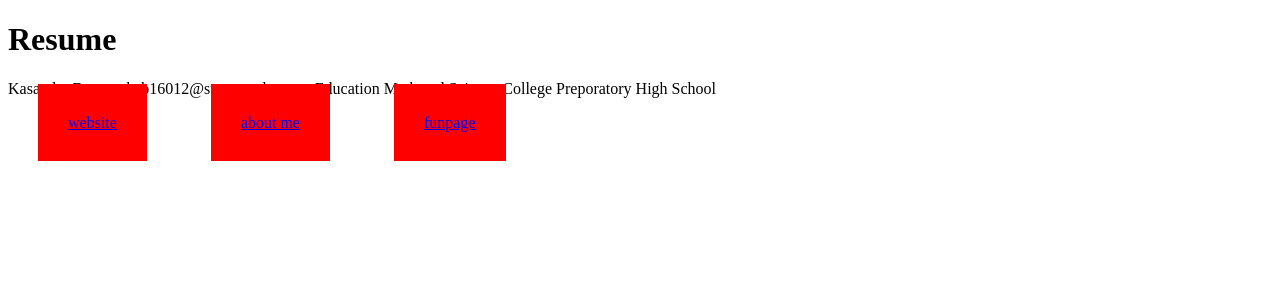
Repository: khipres1/khipres1.github.io
Page: resume.html
The author's editor kept a record of every edit. The page is drawn from the files as they stood at one moment, then again after the next edit.
The browser window is 1280 px wide. The pictures show the whole page.

Above is the page before.

### resume.html
<!DOCTYPE html>
<html>
<head>
  <title>Resume</title>
  <meta charset="utf-8"/>
  <link rel="stylesheet" type="text/css" href="style.css">
</head>
   <h1>Resume</h1>








    <p>Kasandra Becerra
    kcb16012@stem-student.org
    Education
    Math and Science College Preporatory High School</p>






   <a href="website.html"> website</a>
   <a href="aboutme">about me</a>
   <a href="funpage.html">funpage</a>

   </html>

### style.css

a {
    padding:30px;
    margin:30px;
    background-color: red;
}

After the next edit:
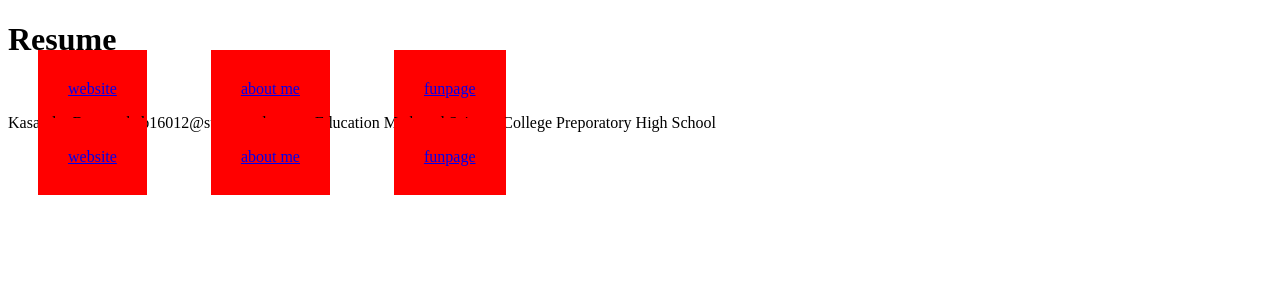
The edit:
--- a/resume.html
+++ b/resume.html
@@ -7,7 +7,9 @@
 </head>
    <h1>Resume</h1>
 
-
+     <a href="website.html"> website</a>
+   <a href="aboutme">about me</a>
+   <a href="funpage.html">funpage</a>
 
 
 
